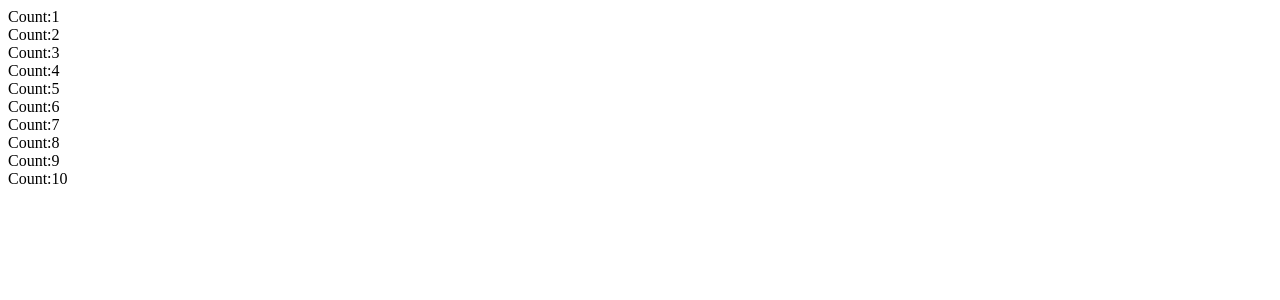
Repository: Rishicollinz/Java_Fullstack
Page: http://localhost/jstldemo/index5.jsp
An editor plug-in stored every save of this project. The page is shown before and after the next save, followed by the edit.
The browser window is 1280 px wide. The pictures show the whole page.
The page is served by Tomcat 9.

Above is the page before, as saved 2023-05-19 04:10:18.

### Eclipse 2/jstldemo/src/main/webapp/index5.jsp
<%@ page language="java" contentType="text/html; charset=UTF-8"
    pageEncoding="UTF-8"%>
<%@ taglib prefix="c" uri="http://java.sun.com/jsp/jstl/core" %>
<!DOCTYPE html>
<html>
<head>
<meta charset="UTF-8">
<title>Insert title here</title>
</head>
<body>
<c:forEach var="iterator" begin="1" end="10" step="1">
Count:<c:out value="${iterator }"/>
<br>
</c:forEach>


</body>
</html>

After the next save:
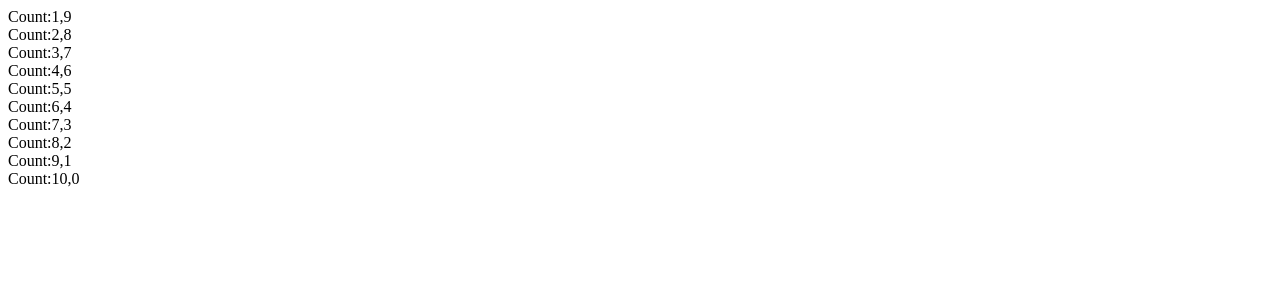
Saved 28 s later.
--- a/Eclipse 2/jstldemo/src/main/webapp/index5.jsp
+++ b/Eclipse 2/jstldemo/src/main/webapp/index5.jsp
@@ -9,7 +9,7 @@
 </head>
 <body>
 <c:forEach var="iterator" begin="1" end="10" step="1">
-Count:<c:out value="${iterator }"/>
+Count:<c:out value="${iterator },${10-iterator}"/>
 <br>
 </c:forEach>
 
